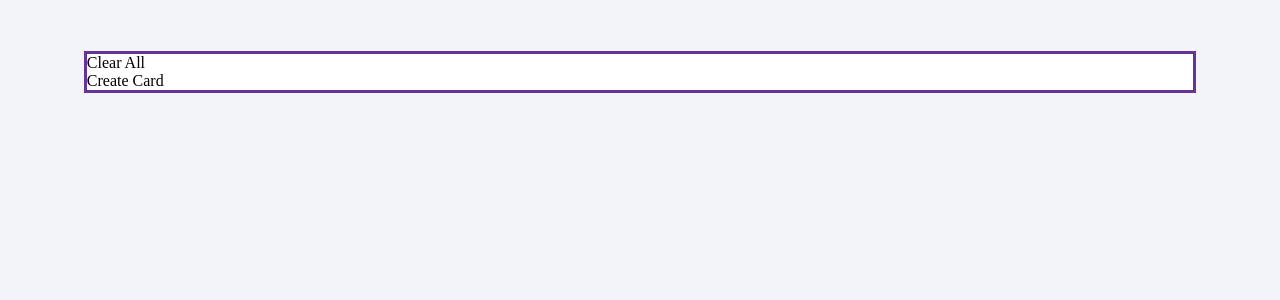
Repository: ReyhanehRahmani/TO-DO
Page: index.html
These files come from the project's save history. The page is drawn as it stood at one moment and after the next save; the edit follows.
The browser window is 1280 px wide. The pictures show the whole page.

Above is the page before, as saved 2025-06-07 22:07:42.

### index.html
<!DOCTYPE html>

<html lang="en">

    <head>

        <meta name="viewport" content="width=device-width, initial-scale=1.0" />

        <title>TO-DO</title>

        <link rel="icon" type="image/jpg" href="favicon.png">

        <link rel="stylesheet" href="style.css">

    </head>
    <body>
        <div id="main-card">
            <div id="content">
                <div id="title"></div>
                <div id="description"></div>
                <div id="buttons">
                    <div id="clear">Clear All</div>
                    <div id="creat">Create Card</div>
                </div>
            </div>
        </div>
    </body>

### style.css
body{
    background-color: #F2F4F7;
}



#main-card{
    margin-left: 6%;
    margin-right: 6%;
    margin-top: 4%;
    background-color: #FFFFFF;
    border: solid rebeccapurple;
}

After the next save:
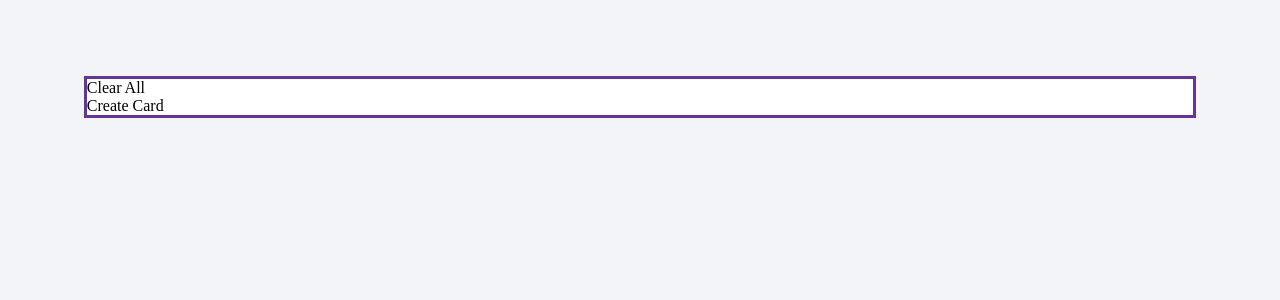
Saved 7 s later.
--- a/style.css
+++ b/style.css
@@ -7,7 +7,7 @@ body{
 #main-card{
     margin-left: 6%;
     margin-right: 6%;
-    margin-top: 4%;
+    margin-top: 6%;
     background-color: #FFFFFF;
     border: solid rebeccapurple;
 }
